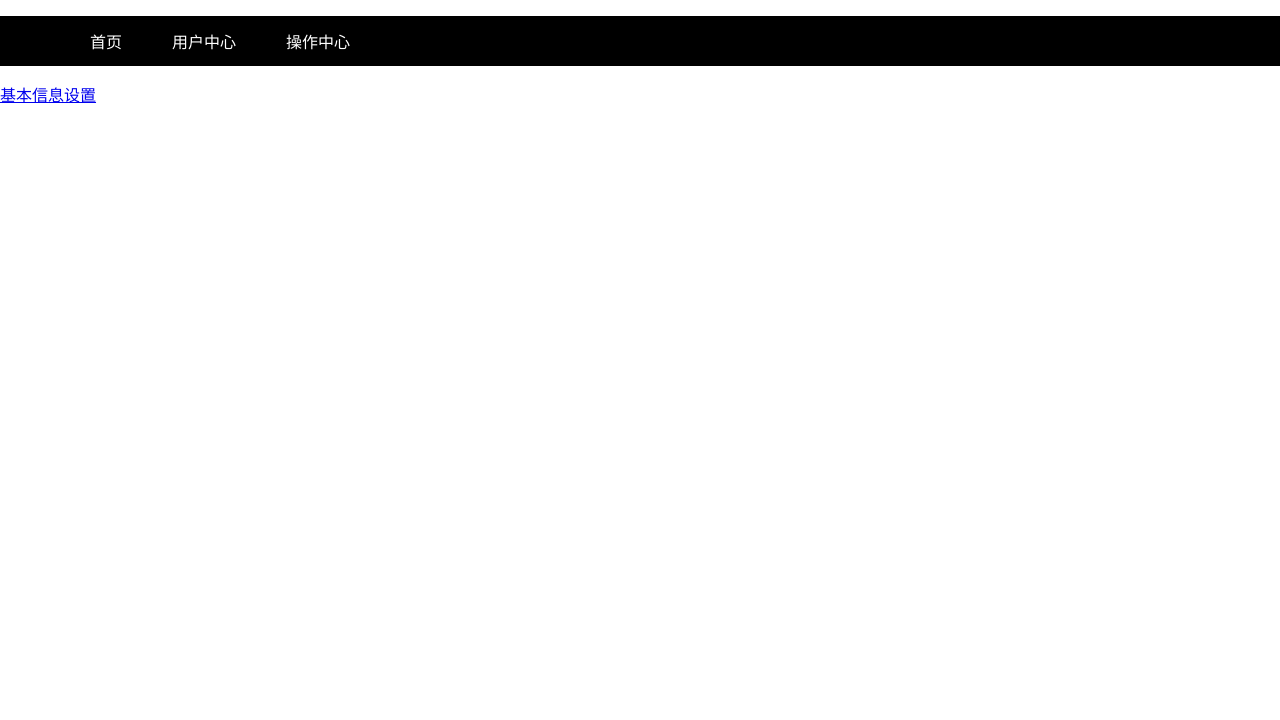
Repository: zhenzhen-gong/react-learning
Page: /user
These files come from the project's save history. The page is drawn as it stood at one moment and after the next save; the edit follows.
The browser window is 1280 px wide. The pictures show the whole page.
The project was rebuilt for these pictures with package versions that can differ from the ones it lists, and the page was loaded fresh each time. Also part of the build but not shown: src/component/qianTaoRouter/home.js, src/component/qianTaoRouter/user/info.js, src/component/qianTaoRouter/user/set.js, src/component/qianTaoRouter/handleCenter.js.

Above is the page before, as saved 2021-04-18 23:45:40.

### src/index.js
import React from 'react';
import ReactDOM from 'react-dom';
import {
  BrowserRouter as Router,
  Route,
  Link
} from "react-router-dom";

import './index.css';
import './index.less'
import Home from './component/qianTaoRouter/home';
import UserCenter from './component/qianTaoRouter/userCenter';
import HandleCenter from './component/qianTaoRouter/handleCenter';
// import NewsContent from './component/routerTest/newsContent'
// import MenuContent from './component/routerTest/menuContent'
// import Login from './component/routerTest/login'
import reportWebVitals from './reportWebVitals';

ReactDOM.render(
  <Router>
    <ul className="tab-box">
          <li>
            <Link to="/">首页</Link>
          </li>
          <li>
            <Link to="/user">用户中心</Link>
          </li>
          <li>
            <Link to="/handle">操作中心</Link>
          </li>
    </ul>
    {/*
     <Route path='/'> <Home /> </Route>
    <Route path='/news'> <News /> </Route>
    <Route path='/memu'>  <Memu /> </Route>
     */}
     {/*exact 为严格匹配*/}
     <Route exact  path='/' component={Home} />
    <Route path='/user' component={UserCenter} />
    <Route path='/handle' component={HandleCenter} />

    {/*<Route path='/content/:aid' component={NewsContent} />
    <Route path='/menucontent' component={MenuContent} />
    <Route path='/login' component={Login} /> */}
  </Router>,
  document.getElementById('root')
);

// If you want to start measuring performance in your app, pass a function
// to log results (for example: reportWebVitals(console.log))
// or send to an analytics endpoint. Learn more: https://bit.ly/CRA-vitals
reportWebVitals();

### src/index.less
.tab-box {
    display: flex;
    height: 50px;
    align-items: center;
    background-color: black;
    li {
        list-style: none;
        margin-left: 50px;
        a {
            color: #fff;
            text-decoration:none;
        }
    }
  }

### src/component/qianTaoRouter/userCenter.js
import React, {Component} from 'react'
import {Route, Link} from 'react-router-dom'

import UserInfo from './user/info'
import SetInfo from './user/set'



class UserCenter extends Component {
    constructor(props) {
        super(props)
        this.state = {
            msg: "用户中心"
        }
    }



    render() {
        return (
            <div className="user-center">
                <div className='left'>
                    <Link to='/user/info'>基本信息</Link>
                    <Link to='/user/set'>设置</Link>
                </div>
                <div className='right'>
                    <Route path='/user/info' component={UserInfo} />
                    <Route path='/user/set' component={SetInfo} />
                </div>


            </div>
        )
    }
}


export default UserCenter

Loaded but not shown: public/index.html (common file); src/index.css (common file); src/reportWebVitals.js (common file)

After the next save:
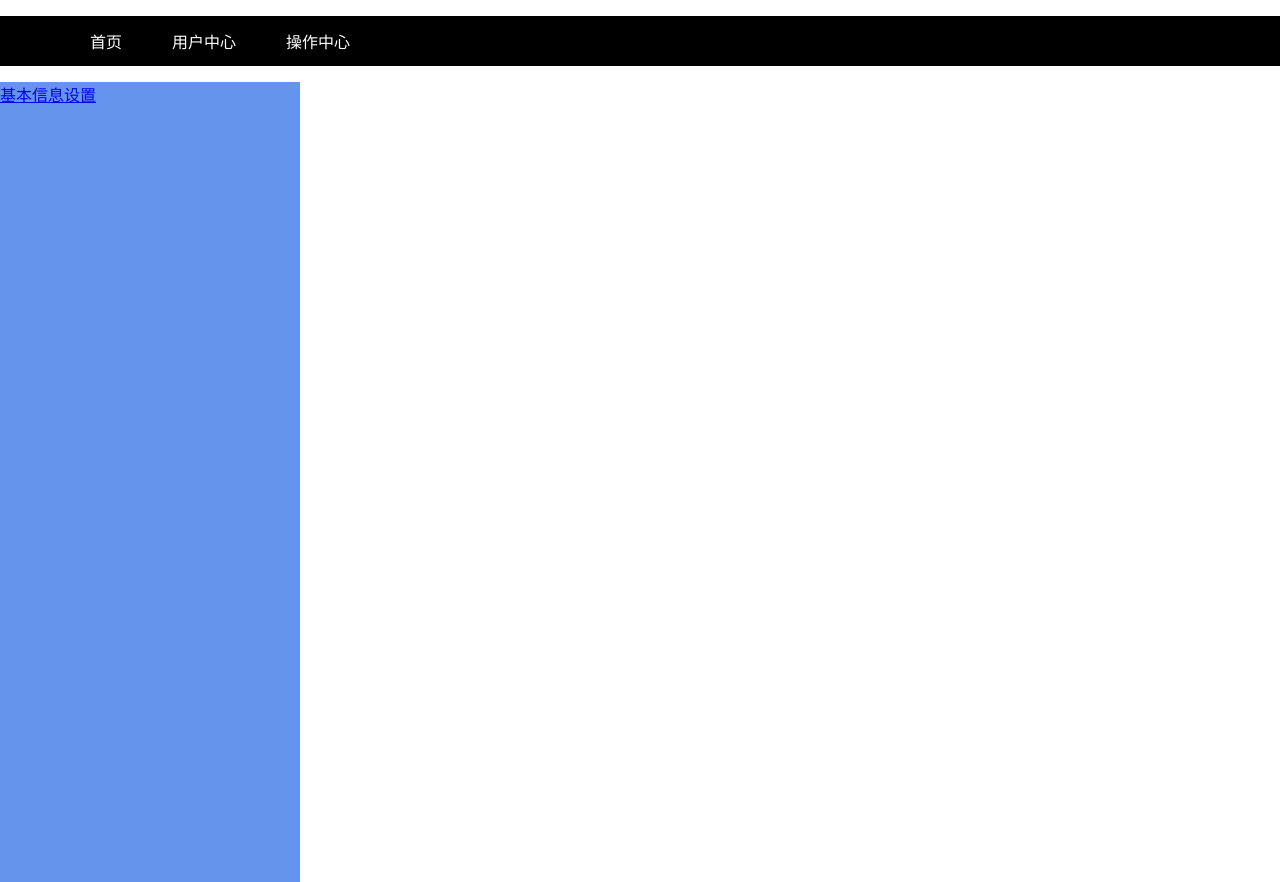
Saved 5 min 15 s later.
--- a/src/index.less
+++ b/src/index.less
@@ -12,3 +12,11 @@
         }
     }
   }
+  .user-center {
+      display: flex;
+      height: 800px;
+      .left {
+          width: 300px;
+          background-color: cornflowerblue;
+      }
+  }
